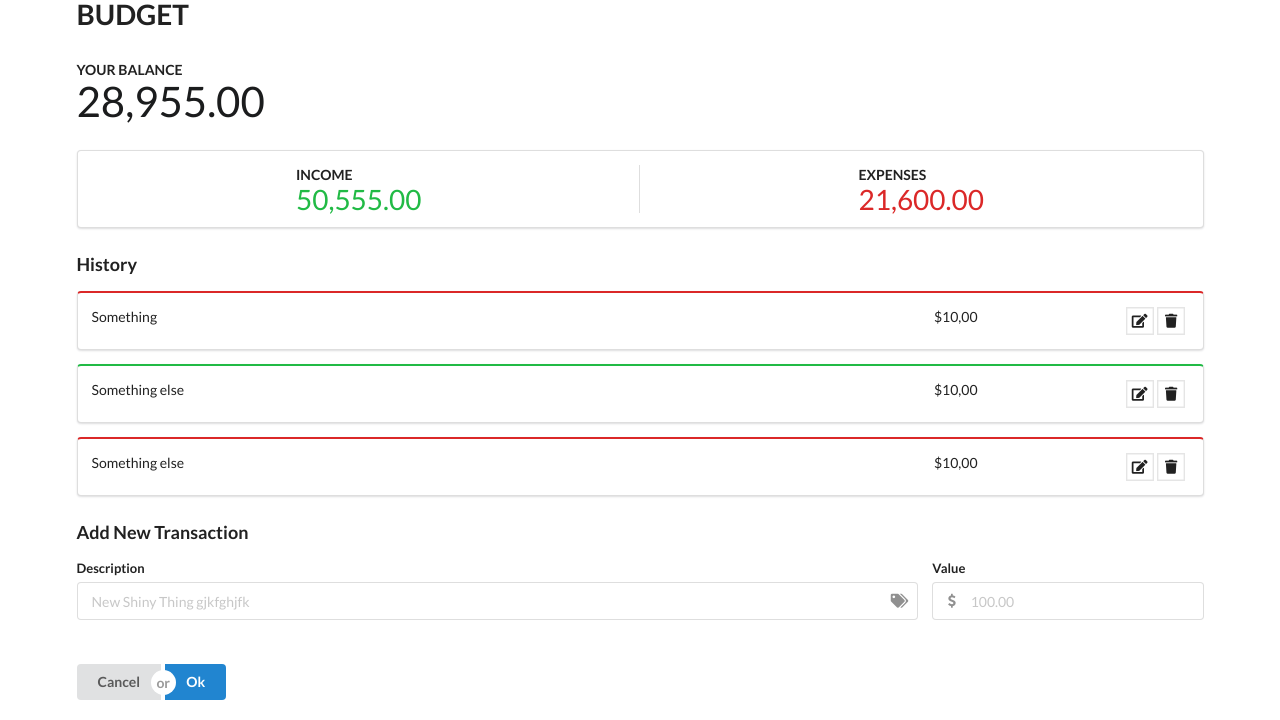
Repository: farrdy/budgets-react
Page: /
An editor plug-in stored every save of this project. The page is shown before and after the next save, followed by the edit.
The browser window is 1280 px wide. The pictures show the whole page.
The project was rebuilt for these pictures with package versions that can differ from the ones it lists, and the page was loaded fresh each time.

Above is the page before, as saved 2022-03-19 07:21:46.

After the next save:
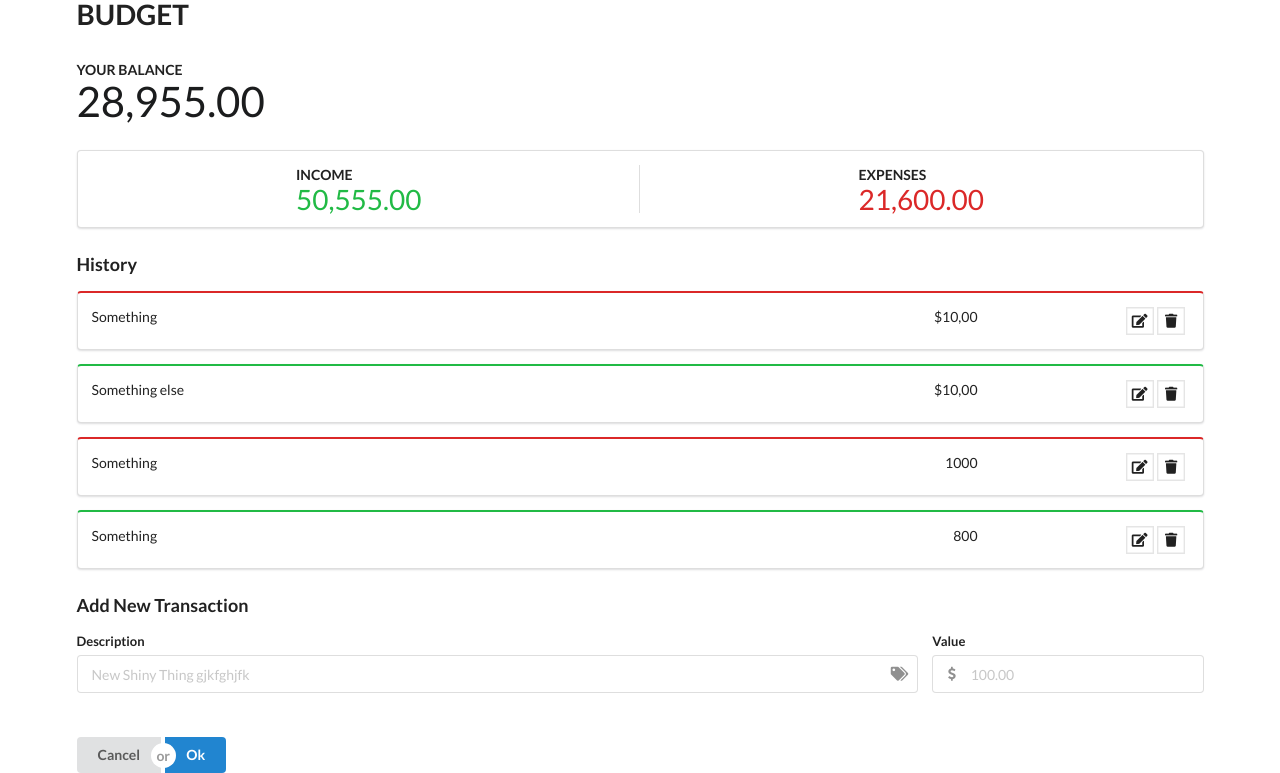
Saved 2 min 44 s later.
--- a/src/App.js
+++ b/src/App.js
@@ -3,6 +3,7 @@ import MainHeader from './components/MainHeader';
 import NewEntryForm from './components/NewEntryForm';
 import DisplayBalance from './components/DisplayBalance'
 import DisplayBalances from './components/DisplayBalances';
+import EntryLine from './components/EntryLine';
 
 function App() {
   return (
@@ -36,18 +37,9 @@ function App() {
           </Grid.Row>
         </Grid>
       </Segment>
-      <Segment color='red'>
-        <Grid columns={3} textAlign='right'>
-          <Grid.Row>
-            <Grid.Column width={10} textAlign='left'>Something else</Grid.Column>
-            <Grid.Column width={3} textAlign='right'>$10,00</Grid.Column>
-            <Grid.Column width={3}>
-              <Icon name='edit' bordered />
-              <Icon name='trash' bordered />
-            </Grid.Column>
-          </Grid.Row>
-        </Grid>
-      </Segment>
+
+      <EntryLine Description="Something" Value='1000' isExpense='false'/>
+      <EntryLine Description="Something" Value='800'/>
       <Header as='h3'>
         Add New Transaction
       </Header>
